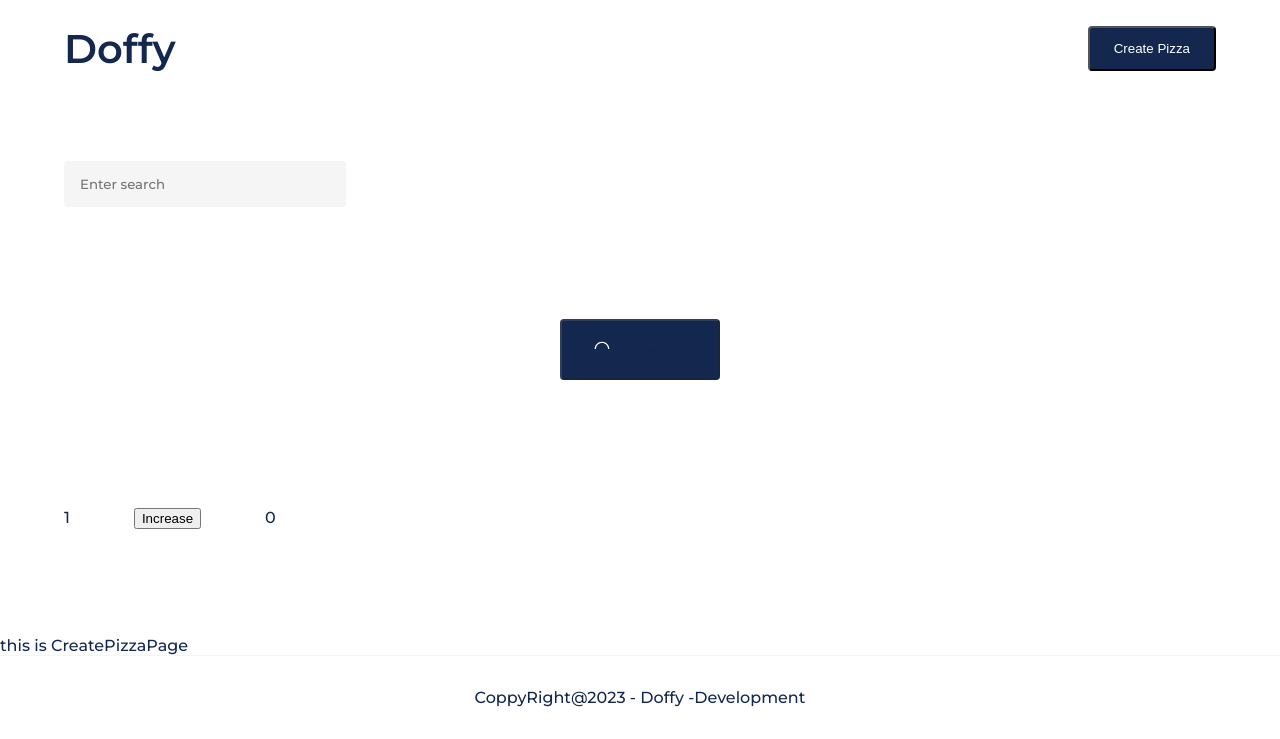
Repository: 16-Doffy/Pizza-Store
Page: /
An editor plug-in stored every save of this project. The page is shown before and after the next save, followed by the edit.
The browser window is 1280 px wide. The pictures show the whole page.
The page's requests for data from a server got no answer. An inner scrolling area shows only its first screen. The project was rebuilt for these pictures with package versions that can differ from the ones it lists, and the page was loaded fresh each time. No one was signed in, and anything a server would have sent is missing. Also part of the build but not shown: webpack.config.js, src/sections/CardPizza.tsx.

Above is the page before, as saved 2025-02-07 22:16:30.

### src/App.tsx
import React from "react";
import "./index.css";
import Header from "./layout/Header";
import Footer from "./layout/Footer";
import CreatePizzaPage from "./pages/CreatePizzaPage";
import HomePage from "./pages/HomePage";

function App() {

  return (
    <div className="App">
    <Header />
    <HomePage />
    <CreatePizzaPage />
    <Footer />

    </div>
  );
}

export default App;

### src/index.css
@import url("https://fonts.googleapis.com/css2?family=Montserrat:ital,wght@0,300;0,500;0,600;1,300;1,500;1,600&display=swap");

html {
  font-family: "Montserrat", sans-serif;
}

body {
  padding: 0;
  margin: 0;
  box-sizing: border-box;
}

div {
  color: #14274e;
}

.flex-basic-between {
  display: flex;
  justify-content: space-between;
  align-items: center;
}

/* Button */
.btn-main {
  cursor: pointer;
  background: #14274e;
  color: #fff;
  padding: 0.8rem 1.5rem;
  border-radius: 4px;
}

.btn-main:hover {
  background: #394867;
}
/* Button */

.wrapper-card-items {
  display: flex;
  column-gap: 4rem;
  flex-wrap: wrap;
  row-gap: 8rem;
  padding-top: 7rem;
}

.card-items {
  width: 30%;
  height: 200px;
  box-shadow: 0px 4px 20px 0px rgba(72, 119, 159, 0.18);
  position: relative;
  cursor: pointer;
}

.card-image-pizza {
  width: 200px;
  position: absolute;
  top: -90px;
  left: 22.5%;
}

.card-content {
  display: flex;
  align-items: center;
  justify-content: center;
  height: 50%;
  background: #14274e;
}

/* Text field */
.text-field {
  padding: 0.8rem 1rem;
  background: #f5f5f5;
  border: none;
  outline: none;
  color: #14274e;
  border-radius: 4px;
}

input {
  font-family: "Montserrat", sans-serif;
}
/* Text field */

/* Loading Spinner */
.lds-ring {
  display: inline-block;
  position: relative;
  width: 80px;
  height: 80px;
}
.lds-ring div {
  box-sizing: border-box;
  display: block;
  position: absolute;
  width: 64px;
  height: 64px;
  margin: 8px;
  border: 8px solid #14274e;
  border-radius: 50%;
  animation: lds-ring 1.2s cubic-bezier(0.5, 0, 0.5, 1) infinite;
  border-color: #14274e transparent transparent transparent;
}
.lds-ring div:nth-child(1) {
  animation-delay: -0.45s;
}
.lds-ring div:nth-child(2) {
  animation-delay: -0.3s;
}
.lds-ring div:nth-child(3) {
  animation-delay: -0.15s;
}
@keyframes lds-ring {
  0% {
    transform: rotate(0deg);
  }
  100% {
    transform: rotate(360deg);
  }
}
/* Loading Spinner */

### src/layout/Header.tsx
import React from "react";
import ButtonField from "../components/ButtonField";

const Header = () => {
  return (
    <div className="flex-basic-between" style={{ padding: "1.5rem 4rem" }}>
      <div style={{ fontSize: "40px", fontWeight: 600 }}>Doffy</div>
      <ButtonField > Create Pizza</ButtonField>
    </div>
  );
};

export default Header;

### src/layout/Footer.tsx
import React from 'react';

const Footer = () => {
    return (
        <div
        style={{textAlign:'center', padding:'2rem 0', borderTop:'1px solid #f1f6f9'}}>
            CoppyRight@2023 - Doffy -Development
        </div>
    );
};

export default Footer;

### src/pages/CreatePizzaPage.tsx
import React from 'react';

const CreatePizzaPage = () => {
    return (
        <div>
            this is CreatePizzaPage
        </div>
    );
};

export default CreatePizzaPage;

### src/pages/HomePage.tsx
// import React, { useEffect, useState } from "react";
// import CardPizza from "../sections/CardPizza";
// import { Pizza } from "../models/Pizza.model";
// import CountPizza from "../sections/CountPizza";

// const HomePage = () => {
//   const [pizzas, setPizzas] = useState<Pizza[]>([
//     { id: 1, title: "Pizza thit heo", description: "sot muoi" },
//     { id: 2, title: "Pizza pho mai", description: "sot pho mai" },
//     { id: 3, title: "Pizza hai san", description: "sot hai san" },
//   ]);

//   const [count, setCount] = useState(0); // Dùng để cập nhật pizzas
//   const [counter, setCounter] = useState(0); // Dùng để đếm số lần nhấn "Increase"

//   useEffect(() => {

//     setPizzas((prevPizzas) => [
//       ...prevPizzas,
//       { id: prevPizzas.length + 1, title: "pizza test", description: "nhu cc" },
//     ]);
//   }, [count]);

//   // Hàm để giảm số lượng pizza
//   const handleDecrease = () => {
//     setPizzas((prevPizzas) => {
//       const newPizzas = [...prevPizzas];
//       newPizzas.pop(); // Xóa pizza cuối cùng
//       return newPizzas;
//     });
//   };



//   return (
//     <div
//       style={{
//         height: "calc(100vh - 309px)",
//         padding: "4rem 4rem",
//         overflow: "auto",
//       }}
//     >
//       <div className="wrapper-card-items">
//         {pizzas.map((item) => (
//           <CardPizza
//             key={item.id}
//             id={item.id}
//             title={item.title}
//             description={item.description}
//           />
//         ))}
//       </div>

//       <div style={{ display: 'flex', marginTop: '20px', marginBottom: '30px' }}>
//         <button onClick={() => setCount(count + 1)}>Increase Pizza Count</button>
//         <button onClick={handleDecrease}>Decrease Pizza</button>
//       </div>

//       <div style={{ marginLeft: '1000px' }}>
//         <button onClick={() => setCounter(counter + 1)}>Increase Counter</button>
//         <button onClick={() => setCounter(counter - 1)}>Decrease Counter</button>

//         <CountPizza counter={counter} setCounter={setCounter} />

//       </div>
//       <div>Counter: {counter}</div>
//       <div>Pizza Count: {count}</div>
//     </div>
//   );
// };

// export default HomePage;
import React, { useEffect, useMemo, useRef, useState } from "react";
import CardPizza from "../sections/CardPizza";
import { Pizza } from "../models/Pizza.model";
import ButtonField from "../components/ButtonField";
import TextField from "../components/TextField";


const HomePage = () => {
  const [pizzas, setPizzas] = useState<Pizza[]>([]);
  const [count, setCount] = useState(0); // Dùng để cập nhật pizzas
  const [page, setPage] = useState<number>(1);
  const [isLoading, setIsLoading] = useState(false);
  const pageRef = useRef<number>(1);

  useEffect(() => {
    setIsLoading(true);
    fetch("https://668a837a2c68eaf3211d01c4.mockapi.io/laptop/product")
      .then((res) => res.json())
      .then((data) => {
        setTimeout(() => {
          setPizzas((prevPizzas) => [...prevPizzas, ...data]);
          setIsLoading(false);
        }, 2000);
      });
  }, [page]);


const tinhTong = useMemo (() => {
  return count + 1;
},[count])
  return (
    <div
      style={{
        height: "calc(100vh - 309px)",
        padding: "4rem 4rem",
        overflow: "auto",
      }}
    >
      <TextField placeholder="Enter search" width="250px" />
      <div className="wrapper-card-items">
        {pizzas.map((item) => (
          <CardPizza
            key={item.id}
            id={item.id}
            productName={item.productName}
            description={item.description}
          />
        ))}
        <div style={{display:'flex', width:'100%',justifyContent:'center'}}>
        <ButtonField loading={isLoading}  onClick={() => pageRef.current = pageRef.current + 1}> Show more</ButtonField>
        </div>
        {tinhTong}

        <button onClick={() => setCount (count + 1)}>Increase</button>
        {count}
      </div>
    </div>
  );
};

export default HomePage;

### src/components/ButtonField.tsx
import React, { ReactNode } from 'react';
import { IcSpinner } from '../icon/IcSpinner';


type Props ={
    loading?:boolean;
    children?: ReactNode;
    onClick?: () => void;
}
const ButtonField = ({
    loading,
    children,
    onClick,
}: Props) => {
    return (
        <button className="btn-main" onClick={onClick} disabled={loading}>
            {loading ? (
                <div style={{ display: 'flex', alignItems: 'center', columnGap: '.5rem' }}>
                    <IcSpinner width="32px" height="32px" />
                    {children}
                </div>
            ) : (
                children
            )}
        </button>
    );
};


export default ButtonField;

### src/components/TextField.tsx
import React from 'react';
type Props = {
    placeholder:string;
    value?:string;
    width?:string;
    height?:string;
    onChange?: (value:string) =>void;
}
const TextField = ({
    // placeholder,
    // value,
    width = '100%',
    height ='20px',
    onChange,
    ...props
}:Props) => {
    return (
        <input
        {...props}
        type="text"
        className='text-field'
        style={{width, height}}
        // placeholder={placeholder}
        // value={value}
        onChange={(e) => onChange && onChange(e.target.value)}
        />
    );
};

export default TextField;
//{..props} => trải dài all infor placeholder

### src/icon/IcSpinner.tsx
type Props = {
    width: string;
    height: string;
  }

  export const IcSpinner = ({ width, height }: Props) => {
    return (
      <div style={{ width, height }}>
        <svg version="1.1" id="L9" xmlns="http://www.w3.org/2000/svg" x="0px" y="0px"
          viewBox="0 0 100 100" enableBackground="new 0 0 0 0">
          <path fill="#fff" d="M73,50c0-12.7-10.3-23-23-23S27,37.3,27,50 M30.9,50c0-10.5,8.5-19.1,19.1-19.1S69.1,39.5,69.1,50">
            <animateTransform
              attributeName="transform"
              attributeType="XML"
              type="rotate"
              dur="1s"
              from="0 50 50"
              to="360 50 50"
              repeatCount="indefinite" />
          </path>
        </svg>
      </div>
    )
  };

Loaded but not shown: public/index.html (common file); src/index.tsx (common file)

After the next save:
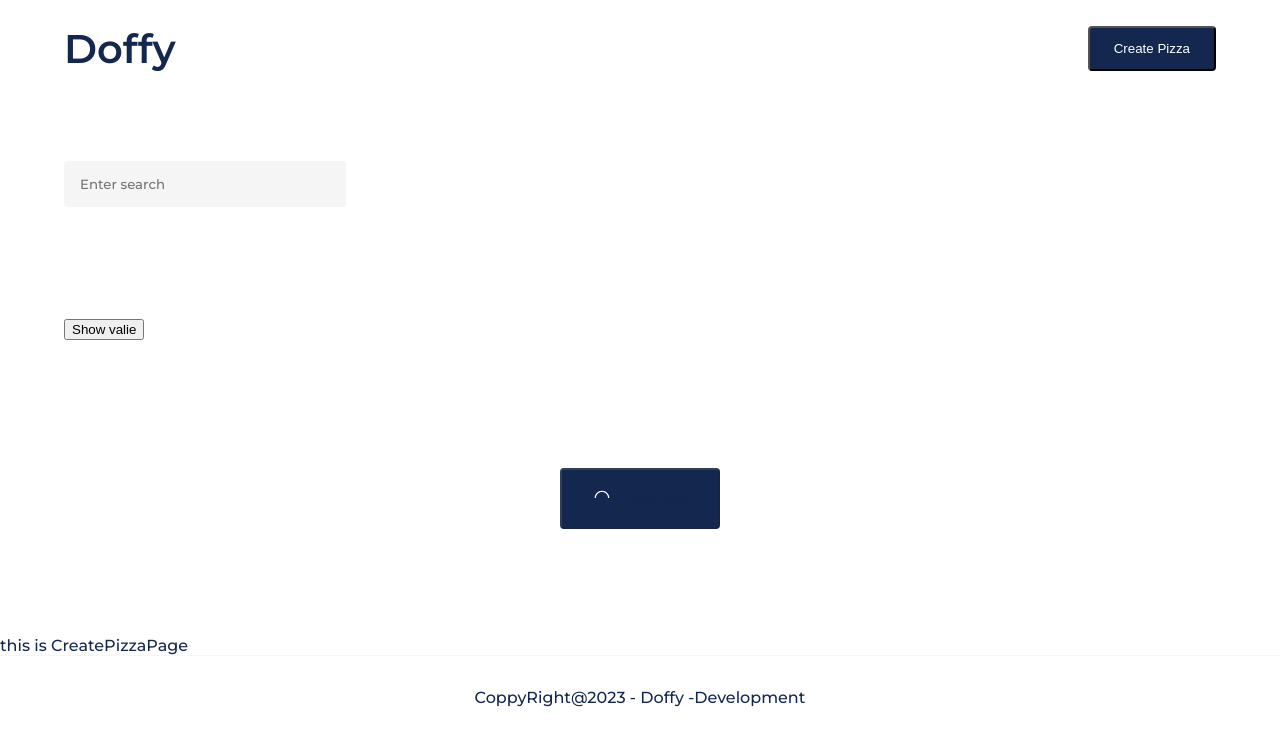
Saved 112 s later.
--- a/src/pages/HomePage.tsx
+++ b/src/pages/HomePage.tsx
@@ -118,6 +118,7 @@ const tinhTong = useMemo (() => {
             description={item.description}
           />
         ))}
+        <button onClick={() => console.log('pageref', pageRef.current)}>Show valie </button>
         <div style={{display:'flex', width:'100%',justifyContent:'center'}}>
         <ButtonField loading={isLoading}  onClick={() => pageRef.current = pageRef.current + 1}> Show more</ButtonField>
         </div>
